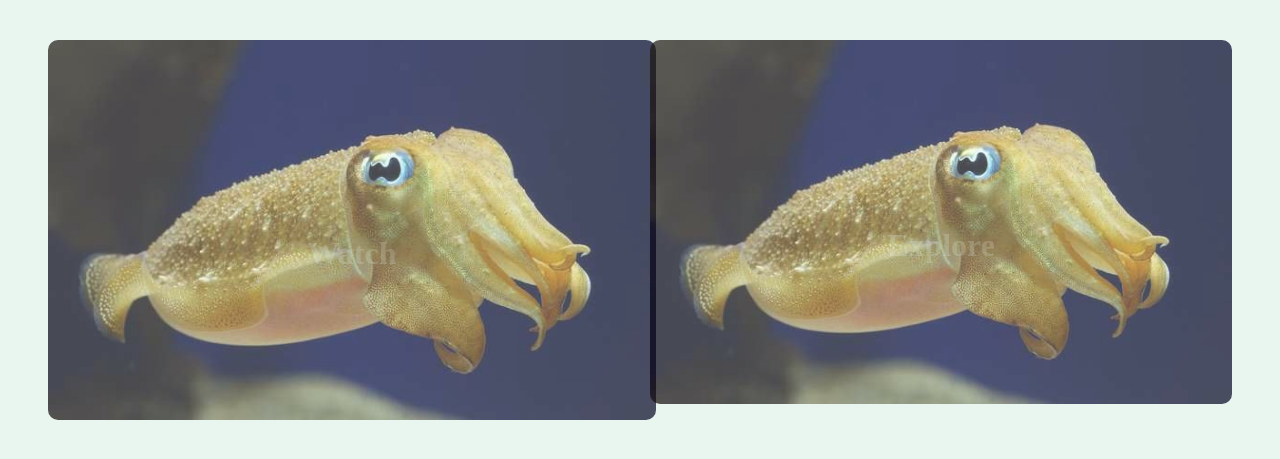
Repository: neomort/comm-lab-vid-site
Page: index.html
The author's editor kept a copy of each file at every save. The page is drawn from the files as they stood at one save, then again after the next save.
The browser window is 1280 px wide. The pictures show the whole page.
The pointer rests on the first visible `.container H1`.

Above is the page before, as saved 2021-09-12 21:50:17.

After the next save:
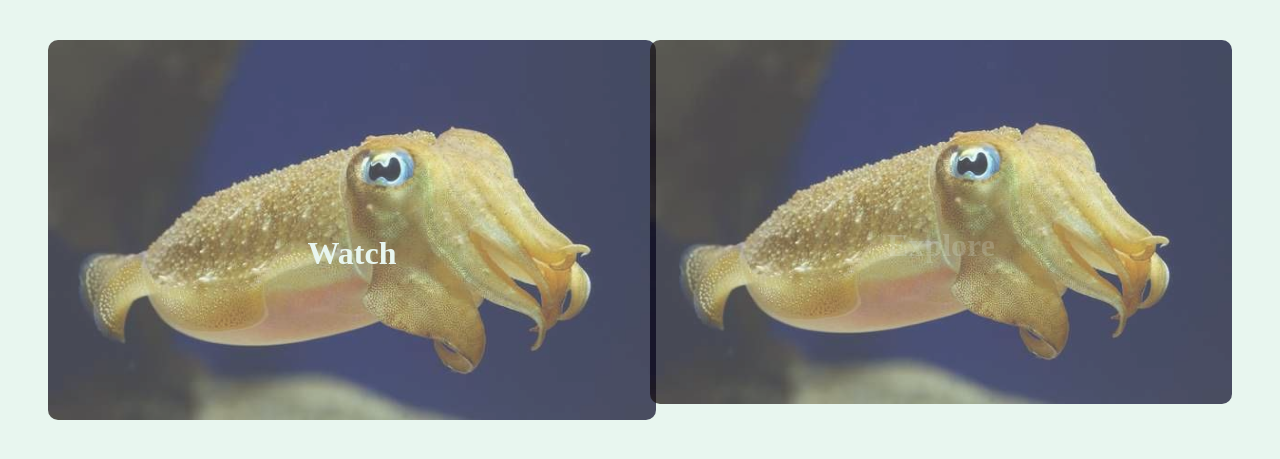
Saved 46 s later.
--- a/css/styles.css
+++ b/css/styles.css
@@ -89,6 +89,11 @@
   transition: 0.3s;
 }
 
+.container H1:hover {
+  opacity: 100%;
+  transition: 0.3s;
+}
+
 .centered-text {
   position: absolute;
   top: 50%;
